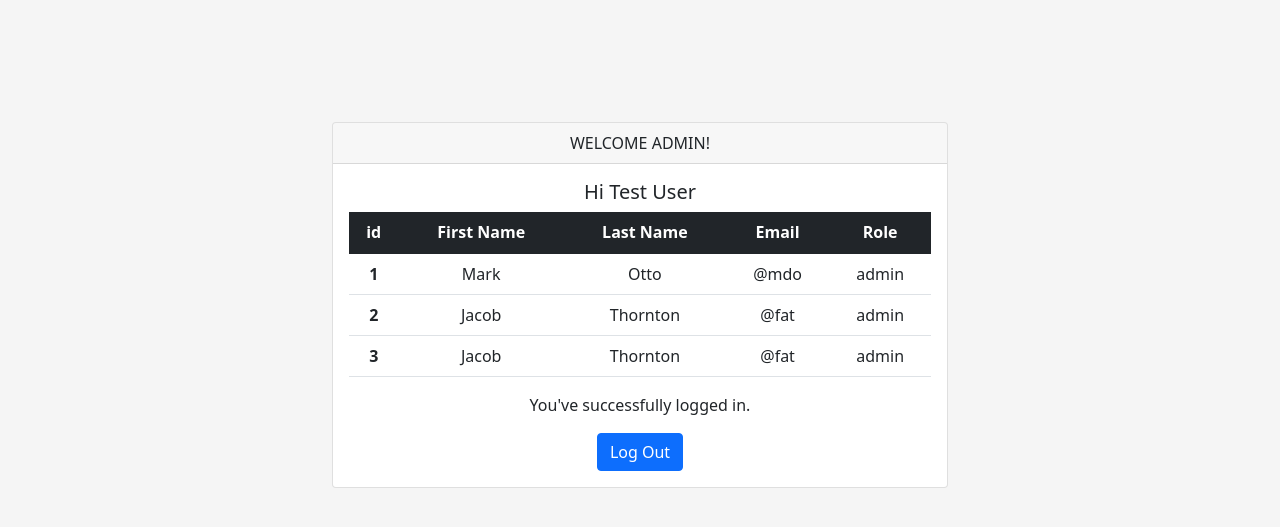
Repository: rabin-bhandari/LOGIN-SIGNUP
Page: http://localhost/welcome.php
An editor plug-in stored every save of this project. The page is shown before and after the next save, followed by the edit.
The browser window is 1280 px wide. The pictures show the whole page.
The page is run by PHP 8.4 with error messages shown; the project is at /var/www/html/. The session is filled in as if someone had signed in: {"email": "test@example.com", "first_name": "Test User", "last_name": "Test User", "id": 1, "admin": 1}.

Above is the page before, as saved 2022-03-27 20:18:45.

After the next save:
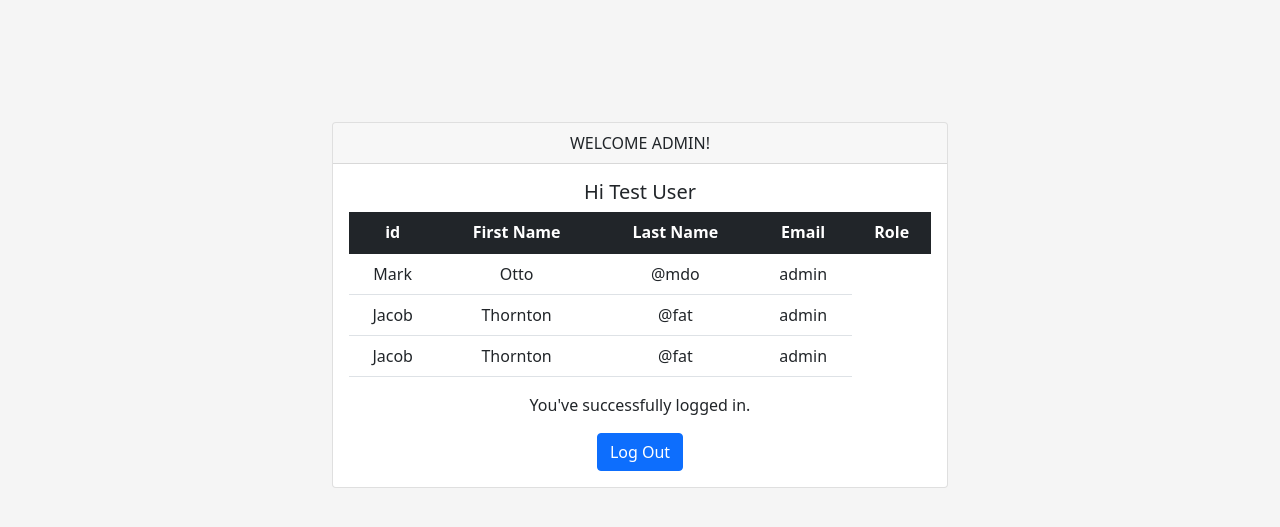
Saved 42 s later.
--- a/welcome.php
+++ b/welcome.php
@@ -43,21 +43,18 @@
               </thead>
               <tbody>
                 <tr>
-                  <th scope="row">1</th>
                   <td>Mark</td>
                   <td>Otto</td>
                   <td>@mdo</td>
                   <td>admin</td>
                 </tr>
                 <tr>
-                  <th scope="row">2</th>
                   <td>Jacob</td>
                   <td>Thornton</td>
                   <td>@fat</td>
                   <td>admin</td>
                 </tr>
                 <tr>
-                  <th scope="row">3</th>
                   <td>Jacob</td>
                   <td>Thornton</td>
                   <td>@fat</td>

After the save that followed:
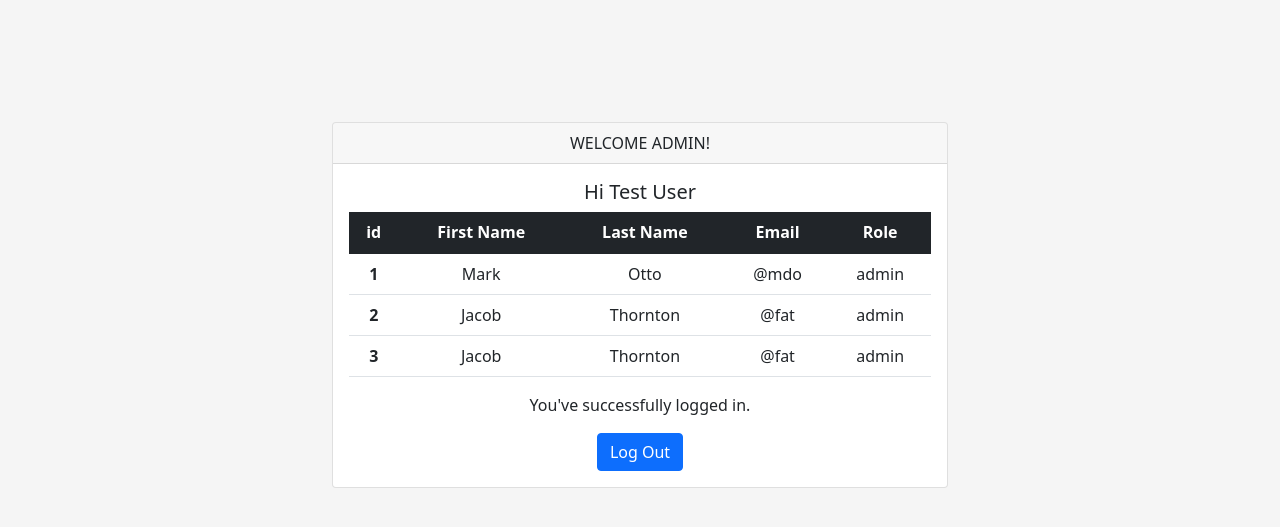
Saved 19 s later.
--- a/welcome.php
+++ b/welcome.php
@@ -43,18 +43,21 @@
               </thead>
               <tbody>
                 <tr>
+                  <th scope="row">1</th>
                   <td>Mark</td>
                   <td>Otto</td>
                   <td>@mdo</td>
                   <td>admin</td>
                 </tr>
                 <tr>
+                  <th scope="row">2</th>
                   <td>Jacob</td>
                   <td>Thornton</td>
                   <td>@fat</td>
                   <td>admin</td>
                 </tr>
                 <tr>
+                  <th scope="row">3</th>
                   <td>Jacob</td>
                   <td>Thornton</td>
                   <td>@fat</td>
